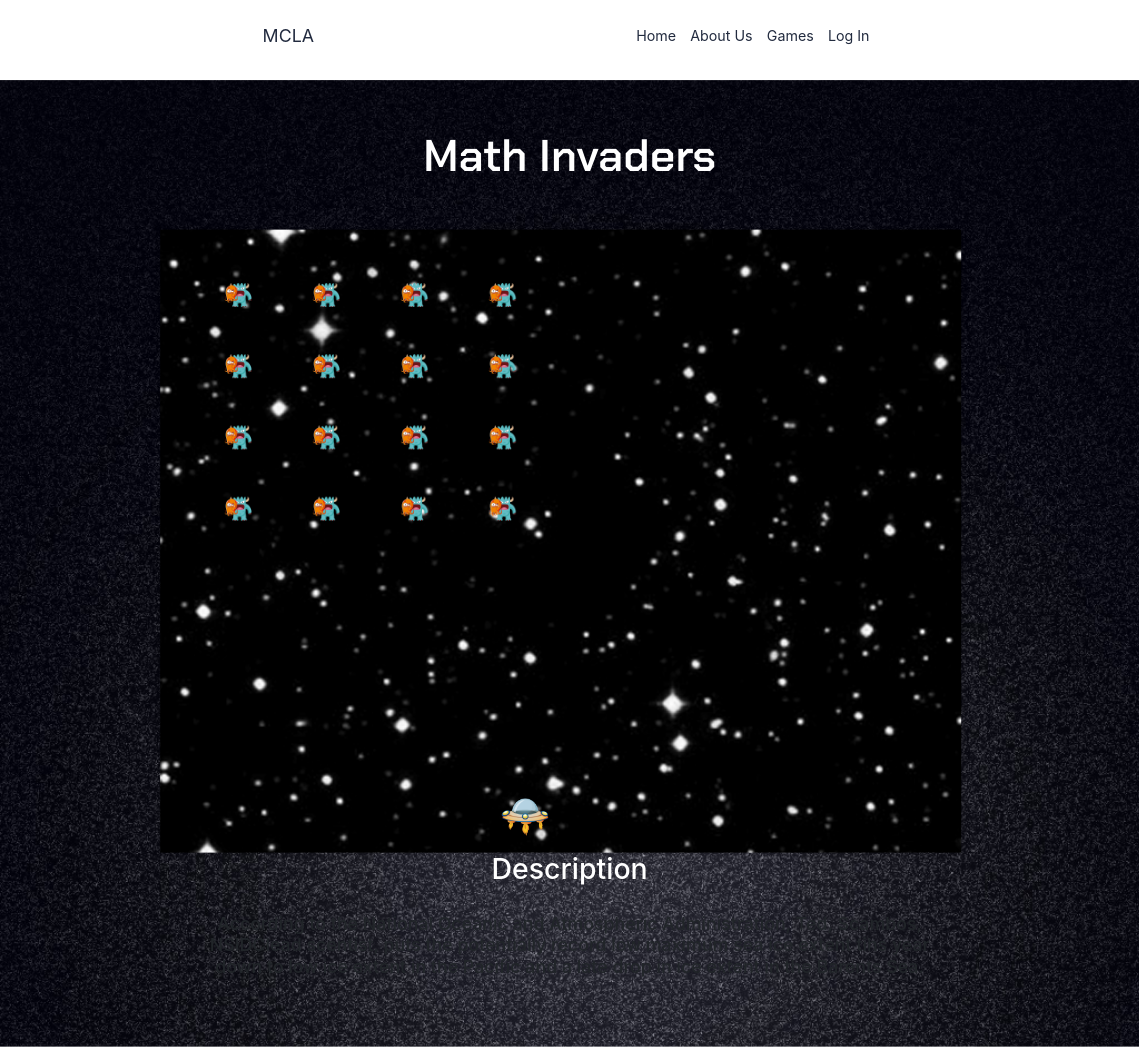
Repository: kkyler24/MathInvader
Page: index.html
An editor plug-in stored every save of this project. The page is shown before and after the next save, followed by the edit.
The browser window is 1280 px wide. The pictures show the whole page, at 89% of full size.
Some web libraries are served in a nearby version.

Above is the page before, as saved 2020-07-20 18:16:14.

### index.html
<!DOCTYPE html>
<html lang="en">
  <head>
    <!-- Required meta tags -->
    <meta charset="utf-8" />
    <meta
      name="viewport"
      content="width=device-width, initial-scale=1, shrink-to-fit=no"
    />

    <!-- Bootstrap CSS -->
    <link
      rel="stylesheet"
      href="https://maxcdn.bootstrapcdn.com/bootstrap/4.0.0/css/bootstrap.min.css"
      integrity="sha384-Gn5384xqQ1aoWXA+058RXPxPg6fy4IWvTNh0E263XmFcJlSAwiGgFAW/dAiS6JXm"
      crossorigin="anonymous"
    />

    <link
      href="https://fonts.googleapis.com/css2?family=Chakra+Petch:wght@600&display=swap"
      rel="stylesheet"
    />
    <link href="./jsFolder/index.css" rel="stylesheet" />

    <title>Math Invaders</title>
  </head>
  <!-- Navbar -->
  <body class="burger-menu">
    <div id="mainBody">
      <nav
        id="marginb"
        class="navbar navbar-expand-lg fixed-top navbar-transparent"
      >
        <div class="container">
          <a class="navbar-brand" href="#">MCLA</a>
          <div class="separator separator-primary"></div>
          <button
            class="navbar-toggler"
            type="button"
            data-toggle="collapse"
            data-target="#navbarNav"
            aria-controls="navbarNav"
            aria-expanded="false"
            aria-label="Toggle navigation"
          >
            <span class="navbar-toggler-icon"></span>
          </button>
          <div class="collapse navbar-collapse" id="navbarNav">
            <ul class="navbar-nav">
              <li class="nav-item active">
                <a class="nav-link" href="#"
                  >Home <span class="sr-only">(current)</span></a
                >
              </li>
              <li class="nav-item">
                <a class="nav-link" href="#">About Us</a>
              </li>
              <li class="nav-item">
                <a class="nav-link" href="#">Games</a>
              </li>
              <li class="nav-item">
                <a class="nav-link" href="#">Log In</a>
              </li>
            </ul>
          </div>
        </div>
      </nav>
      <div id="wrapper">


      </div>
      <div id="backgroundSection" class="section section-about-us">
        <div class="content-center">
            <div class="containerM">
              <h1 id="titleG" class="title">Math Invaders</h1>
            </div>
          </div>
        <div class="containerM">
          <div class="section-story-overview">

            <div class="separator separator-primary"></div>
            <div class="game-wrapper">
<div id="Game" class="Game"> </div>
<div class="congratulations">
    <h1>Congratulations!</h1>
    <h2>You won the game</h2>
    <button class="btn" onclick="window.location.reload()">Restart</button>
              </div>
              <div class="game-over">
                <h1>GAME OVER</h1>
                <h2>You lost the game</h2>
                <button class="btn" onclick="window.location.reload()">Restart</button>
          </div>
                    </div>
                    <div class="separator separator-primary"></div>
                    <div class="row">
                        <div class="col-md-8 ml-auto mr-auto text-center">
                            <h2 class="title gameT">Description</h2>
                            <h5 class="description">According to the National Oceanic and Atmospheric Administration, Ted, Scambos, NSIDClead scentist, puts the potentially record low maximum sea ice extent tihs year down to low ice extent in the Pacific and a late drop in ice extent in the Barents Sea.</h5>
                        </div>
                    </div>
                </div>
            </div>
        </div>
    </div>
    </div>
</div>
    <!-- Optional JavaScript -->
    <!-- jQuery first, then Popper.js, then Bootstrap JS -->
    <script
      src="https://code.jquery.com/jquery-3.2.1.slim.min.js"
      integrity="sha384-KJ3o2DKtIkvYIK3UENzmM7KCkRr/rE9/Qpg6aAZGJwFDMVNA/GpGFF93hXpG5KkN"
      crossorigin="anonymous"
    ></script>
    <script
      src="https://cdnjs.cloudflare.com/ajax/libs/popper.js/1.12.9/umd/popper.min.js"
      integrity="sha384-ApNbgh9B+Y1QKtv3Rn7W3mgPxhU9K/ScQsAP7hUibX39j7fakFPskvXusvfa0b4Q"
      crossorigin="anonymous"
    ></script>
    <script
      src="https://maxcdn.bootstrapcdn.com/bootstrap/4.0.0/js/bootstrap.min.js"
      integrity="sha384-JZR6Spejh4U02d8jOt6vLEHfe/JQGiRRSQQxSfFWpi1MquVdAyjUar5+76PVCmYl"
      crossorigin="anonymous"
    ></script>


    <script src="./jsFolder/Aliens.js"></script>
    <script src="./jsFolder/tokens.js"></script>
    <script src="./jsFolder/game.js"></script>
  </body>
</html>

### jsFolder/index.css
html,
body {
  height: 100%;
  margin: 0;
  font-size: 16px;
  columns: #222b3f;
}
/*  navbar*/

.navbar.navbar-transparent {
  background-color: transparent !important;
  box-shadow: none;
  color: #fff;
  padding-top: 20px !important;
}

.fixed-top {
  position: fixed;
  top: 0;
  right: 0;
  left: 0;
  z-index: 1030;
}
#navbarNav {
  justify-content: flex-end;
}

#marginb {
  margin-bottom: 20px !important;
}
.navbar {
  position: relative;
  display: flex;
  flex-wrap: wrap;
  align-items: center;
  justify-content: space-between;
  padding: 0.5rem 1rem;
  padding-top: 0.625rem;
  padding-bottom: 0.625rem;
  min-height: 53px;
}

a {
  color: #222b3f;
  text-decoration: none;
  background-color: transparent;
}

.containerM {
  width: 100%;
  padding-right: 15px;
  padding-left: 15px;
  margin-right: auto;
  margin-left: auto;
}

.button-dropdown {
  padding-right: 0.7rem;
  cursor: pointer;
}

.navbar.navbar-transparent {
  background-color: transparent !important;
  color: #fff;
}

.dropdown {
  position: relative;
}

.navbar > .container {
  display: flex;
  flex-wrap: wrap;
  align-items: center;
  justify-content: space-between;
}

.gameT {
  color: #fff;
}
#titleG {
  font-family: "Chakra Petch", sans-serif;
  font-size: 50px;
  font-weight: 700;
  padding-top: 30px;
}
/*  container */

.page-header.page-header-small {
  min-height: 60vh;
  max-height: 440px;
}

.page-header {
  padding: 0;
  color: #fff;
  position: relative;
  overflow: hidden;
}

.page-header .page-header-image {
  position: absolute;
  background-size: cover;
  background-position: 50%;
  width: 100%;
  height: 100%;
  z-index: -1;
}

.navbar-toggler:not(:disabled):not(.disabled) {
  cursor: pointer;
}

.content-center {
  position: relative;
  top: 50%;
  left: 50%;
  z-index: 2;
  transform: translate(-50%, -50%);
  text-align: center;
  color: #fff;
  padding: 0 15px;
  width: 100%;
  max-width: 880px;
}

.text-center {
  text-align: center !important;
}

.page-header .container {
  height: 100%;
  z-index: 1;
  text-align: center;
  position: relative;
}

.section {
  padding: 70px 0;
  position: relative;
  background: #fff;
}

.row {
  display: flex;
  flex-wrap: wrap;
  margin-right: -15px;
  margin-left: -15px;
}

.ml-auto,
.mx-auto {
  margin-left: auto !important;
}
.mr-auto,
.mx-auto {
  margin-right: auto !important;
}

.col-md-8 {
  position: relative;
  width: 100%;
  padding-right: 15px;
  padding-left: 15px;
}
h2 {
  margin-bottom: 30px;
  line-height: 1.2;
}

#backgroundSection {
  background-image: url("./pictures/MathApics/spaceship/blackmatte.jpg");
  background-repeat: no-repeat;
  background-size: cover;
  width: 100%;
  height: auto;
}

/* Game */

#Game {
  width: 900px;
  height: 700px;
  background: url("/jsFolder/pictures/MathApics/spaceship/blackskybackground.jpg");
  animation: scroll-background 5s linear infinite;
  box-shadow: 0 2px 10px rgba(0, 0, 0, 0.2);
  position: relative;
}

.wrap {
  display: flex;
  flex-direction: column;
  height: 100%;
}

.game-wrapper {
  flex: 1;
  display: flex;
  justify-content: center;
  align-items: center;
  /* background: #2; */
}

.Game .enemy {
  position: absolute;
  margin-left: -20px;
  margin-top: -18px;
  width: 40px;
  height: 40px;
}

.Game .token {
  position: absolute;
  margin-left: -20px;
  margin-top: -18px;
  width: 40px;
}

.player {
  position: absolute;
  margin-left: -20px;
  width: 60px;
  height: 60px;
  z-index: 3;
}

.Game {
  position: absolute;
  margin-left: -20px;
  width: 40px;
  height: 40px;
}

.Game .laser {
  position: absolute;
  margin-left: -2.5px;
  height: 30px;
}

.Game .enemy-laser {
  position: absolute;
  margin-left: -2.5px;
  height: 30px;
}

.congratulations {
  display: none;
  position: absolute;
  background: #c7a526;
  color: white;
  padding: 20px 50px;
  box-shadow: 0 2px 10px rgba(0, 0, 0, 0.2);
  border-radius: 10px;
  text-align: center;
  animation: pop-in 1s;
}

.game-over {
  display: none;
  position: absolute;
  background: #6b1818;
  color: white;
  padding: 20px 50px;
  box-shadow: 0 2px 10px rgba(0, 0, 0, 0.2);
  border-radius: 10px;
  text-align: center;
  animation: pop-in 1s;
}

@keyframes scroll-background {
  from {
    background-position-y: 0px;
  }
  to {
    background-position-y: 300px;
  }
}

@keyframes pop-in {
  0% {
    opacity: 0;
    transform: translate(0, -100px);
  }
  10% {
    opacity: 1;
  }
  50% {
    transform: translate(0, 30px);
  }
  100% {
    transform: translate(0, 0);
  }
}

/* media Queries */

@media (min-width: 768px) {
  .col-md-8 {
    flex: 0 0 66.666667%;
    max-width: 66.666667%;
  }
}
@media (min-width: 768px) {
  .container {
    max-width: 720px;
  }
}

@media (min-width: 992px) {
  .navbar-expand-lg .navbar-toggler {
    display: none;
  }
}

@media (max-width: 991.98px) {
  .navbar-expand-lg > .container {
    padding-right: 0;
    padding-left: 0;
  }
}

@media (min-width: 768px) {
  .container {
    max-width: 720px;
  }
}

@media screen and (max-width: 991px) {
  .button-dropdown {
    display: none;
  }
}

@media (min-width: 992px) {
  .navbar-expand-lg .navbar-toggler {
    display: none;
  }
}

@media screen and (max-width: 991px) {
  .sidebar-collapse .wrapper {
    transition: all 0.5s cubic-bezier(0.685, 0.0473, 0.346, 1);
  }
}

### jsFolder/game.js
const GAME_WIDTH = 800;
const GAME_HEIGHT = 700;

const KEY_CODE_LEFT = 37;
const KEY_CODE_RIGHT = 39;
const KEY_CODE_SPACE = 32;
const POINT_VALUE = 0;
// needed to calculate clamp so player an enemies so no move off screen.
const PLAYER_WIDTH = 5;
// ship movement speed
const PLAYER_MAX_SPEED = 500.0;
const LASER_MAX_SPEED = 300.0;
const LASER_COOLDOWN = 0.5;

const TOKENS_PER_ROW = 10;
const ENEMIES_PER_ROW = 4;
const ENEMY_HORIZONTAL_PADDING = 80;
const ENEMY_VERTICAL_PADDING = 70;
const ENEMY_VERTICAL_SPACING = 80;
const ENEMY_COOLDOWN = 5.0;
// contains entire state of game which included position of player, lasers and enemies on screen.
const tokensArray = [
  {
    url: "/jsFolder/pictures/MathApics/invaders_png/one.png",
    point: 1,
  },
  {
    url: "/jsFolder/pictures/MathApics/invaders_png/two.png",
    point: 2,
  },
  {
    url: "/jsFolder/pictures/MathApics/invaders_png/three.png",
    point: 3,
  },
  {
    url: "/jsFolder/pictures/MathApics/invaders_png/four.png",
    point: 4,
  },
  {
    url: "/jsFolder/pictures/MathApics/invaders_png/five.png",
    point: 5,
  },
  {
    url: "/jsFolder/pictures/MathApics/invaders_png/six.png",
    point: 6,
  },
  {
    url: "/jsFolder/pictures/MathApics/invaders_png/seven.png",
    point: 7,
  },
  {
    url: "/jsFolder/pictures/MathApics/invaders_png/eight.png",
    point: 8,
  },
  {
    url: "/jsFolder/pictures/MathApics/invaders_png/nine.png",
    point: 9,
  },
];

const GAME_STATE = {
  lastTime: Date.now(),
  // setting the keys pressed to false
  leftPressed: false,
  rightPressed: false,
  spacePressed: false,
  // players
  playerX: 0,
  playerY: 0,
  playerCooldown: 0,
  lasers: [],
  enemies: [],
  tokens: [],
  pointvalue: [],
  enemyLasers: [],
  gameOver: false,
};

function rectsIntersect(r1, r2) {
  return !(
    r2.left > r1.right ||
    r2.right < r1.left ||
    r2.top > r1.bottom ||
    r2.bottom < r1.top
  );
}

// positioning for our enemies
function setPosition($el, x, y) {
  $el.style.transform = `translate(${x}px, ${y}px)`;
}

// calculates restraints of objects on Canvas, so they do not move beyond canvas
function clamp(v, min, max) {
  // is input value smaller than minumum, yes? return min
  if (v < min) {
    return min;
    // is input value larger than maximum, yes? return max
  } else if (v > max) {
    return max;
    // else give average
  } else {
    return v;
  }
}

function rand(min, max) {
  if (min === undefined) min = 0;
  if (max === undefined) max = 1;
  return min + Math.random() * (max - min);
}

function createPlayer($container) {
  // position of player in middle of screen you can reference the global var of gamewidth like you did below, for future refrence. this will keep the palyer on the game board.
  GAME_STATE.playerX = GAME_WIDTH / 2;
  GAME_STATE.playerY = GAME_HEIGHT - 70;
  const $player = document.createElement("img");
  $player.src = "/jsFolder/pictures/MathApics/spaceship/spaceship3.png";
  $player.style = "height:90px, width: 90px";
  $player.className = "player";
  $container.appendChild($player);
  setPosition($player, GAME_STATE.playerX, GAME_STATE.playerY);
}

// you lose, when player is hit but laser.
function destroyPlayer($container, player) {
  $container.removeChild(player);
  GAME_STATE.gameOver = true;
  // const audio = new Audio("sound/sfx-lose.ogg");
  audio.play();
}

function updatePlayer(dt, $container) {
  if (GAME_STATE.leftPressed) {
    GAME_STATE.playerX -= dt * PLAYER_MAX_SPEED;
  }
  if (GAME_STATE.rightPressed) {
    GAME_STATE.playerX += dt * PLAYER_MAX_SPEED;
  }

  GAME_STATE.playerX = clamp(
    GAME_STATE.playerX,
    PLAYER_WIDTH,
    GAME_WIDTH - PLAYER_WIDTH
  );

  if (GAME_STATE.spacePressed && GAME_STATE.playerCooldown <= 0) {
    createLaser($container, GAME_STATE.playerX, GAME_STATE.playerY);
    GAME_STATE.playerCooldown = LASER_COOLDOWN;
  }
  if (GAME_STATE.playerCooldown > 0) {
    GAME_STATE.playerCooldown -= dt;
  }

  const player = document.querySelector(".player");
  setPosition(player, GAME_STATE.playerX, GAME_STATE.playerY);
}

// laser container
function createLaser($container, x, y) {
  const $element = document.createElement("img");
  $element.src = "/jsFolder/pictures/img/laser-blue-1.png";
  $element.className = "laser";
  $container.appendChild($element);
  const laser = { x, y, $element };
  GAME_STATE.lasers.push(laser);
  // const audio = new Audio("./pictures/sound/sfx-laser1.ogg");
  // audio.play();
  setPosition($element, x, y);
}

function updateLasers(dt, $container) {
  const lasers = GAME_STATE.lasers;
  for (let i = 0; i < lasers.length; i++) {
    const laser = lasers[i];
    laser.y -= dt * LASER_MAX_SPEED;
    if (laser.y < 0) {
      destroyLaser($container, laser);
    }
    setPosition(laser.$element, laser.x, laser.y);
    const r1 = laser.$element.getBoundingClientRect();
    const enemies = GAME_STATE.enemies;
    for (let j = 0; j < enemies.length; j++) {
      const enemy = enemies[j];
      if (enemy.isDead) continue;
      const r2 = enemy.$element.getBoundingClientRect();
      if (rectsIntersect(r1, r2)) {
        // Enemy was hit
        destroyEnemy($container, enemy);
        destroyLaser($container, laser);
        break;
      }
    }
  }
  GAME_STATE.lasers = GAME_STATE.lasers.filter((e) => !e.isDead);
}

function destroyLaser($container, laser) {
  $container.removeChild(laser.$element);
  laser.isDead = true;
}

// // CREATE ENEMY
function createEnemy($container, x, y) {
  const $element1 = document.createElement("img");
  const $element2 = document.createElement("img");
  $element1.src =
    "/jsFolder/pictures/MathApics/invaders_png/angerangryalien1.png";
  $element2.src = "/jsFolder/pictures/MathApics/invaders_png/orange.png";
  $element1.className = "enemy";
  $element2.className = "enemy";
  $container.appendChild($element1);
  $container.appendChild($element2);
  const enemy = {
    x,
    y,
    cooldown: rand(0.5, ENEMY_COOLDOWN),
    $element1,
    $element2,
  };
  GAME_STATE.enemies.push(enemy);
  setPosition($element1, x + 10, y);
  setPosition($element2, x, y);
}

function updateEnemies(dt, $container) {
  const dx = Math.sin(GAME_STATE.lastTime / 1000.0) * 50;
  const dy = Math.cos(GAME_STATE.lastTime / 1000.0) * 10;

  const enemies = GAME_STATE.enemies;
  for (let i = 0; i < enemies.length; i++) {
    const enemy = enemies[i];
    const x = enemy.x + dx;
    const y = enemy.y + dy;
    setPosition(enemy.$element, x, y);
    enemy.cooldown -= dt;
    if (enemy.cooldown <= 0) {
      createEnemyLaser($container, x, y);
      enemy.cooldown = ENEMY_COOLDOWN;
    }
  }
  GAME_STATE.enemies = GAME_STATE.enemies.filter((e) => !e.isDead);
}

// tokens
// function createTokens($container, x, y) {
//   const $element = document.createElement("img");
//   const index = Math.random() * tokensArray.lenghth;
//   $element.src = tokensArray[index].url;
//   $element.className = "token";
//   $element.setAttribute("data-point", tokensArray[index].point);
//   $container.appendChild($element);
//   const tokens = { x, y, $element };
//   GAME_STATE.tokens.push(tokens);
//   // const audio = new Audio("./pictures/sound/sfx-laser1.ogg");
//   // audio.play();
//   setPosition($element, x, y);
// }

// function updateTokens(dt, $container) {
//   const tokens = GAME_STATE.tokens;
//   for (let i = 0; i < tokensArray.length; i++) {
//     const tokens = tokens[i];
//     tokens.y -= dt * LASER_MAX_SPEED;
//     if (tokens.y < 0) {
//       destroyLaser($container, tokens);
//     }
//     setPosition(tokens.$element, tokens.x, tokens.y);
//     const r1 = tokens.$element.getBoundingClientRect();
//     const enemies = GAME_STATE.enemies;
//     for (let j = 0; j < enemies.length; j++) {
//       const enemy = enemies[j];
//       if (enemy.isDead) continue;
//       const r2 = enemy.$element.getBoundingClientRect();
//       if (rectsIntersect(r1, r2)) {
//         // Enemy was hit
//         destroyToken($container, tokens);
//         // get attribute point form container nd push into array.
//       }
//     }
//   }
//   GAME_STATE.tokens = GAME_STATE.tokens.filter((e) => !e.isDead);
// }

function init() {
  const $container = document.querySelector(".Game");
  createPlayer($container);

  const enemySpacing =
    (GAME_WIDTH - ENEMY_HORIZONTAL_PADDING * 5) / ENEMIES_PER_ROW - 1;
  for (let j = 0; j < 4; j++) {
    const y = ENEMY_VERTICAL_PADDING + j * ENEMY_VERTICAL_SPACING;
    for (let i = 0; i < ENEMIES_PER_ROW; i++) {
      const x = i * enemySpacing + ENEMY_HORIZONTAL_PADDING;
      createEnemy($container, x, y);
      console.log(x, y);
    }
  }
}

function update(e) {
  const currentTime = Date.now();
  const dt = (currentTime - GAME_STATE.lastTime) / 1000.0;

  // display gameover block
  if (GAME_STATE.gameOver) {
    document.querySelector(".game-over").style.display = "block";
    return;
  }

  // display winning
  function playerHasWon() {
    return GAME_STATE.enemies.length === 0;
  }

  const $container = document.querySelector(".Game");
  updatePlayer(dt, $container);
  updateLasers(dt, $container);

  GAME_STATE.lastTime = currentTime;
  window.requestAnimationFrame(update);
}

function onKeyDown(e) {
  if (e.keyCode === KEY_CODE_LEFT) {
    GAME_STATE.leftPressed = true;
  } else if (e.keyCode === KEY_CODE_RIGHT) {
    GAME_STATE.rightPressed = true;
  } else if (e.keyCode === KEY_CODE_SPACE) {
    GAME_STATE.spacePressed = true;
  }
}

function onKeyUp(e) {
  if (e.keyCode === KEY_CODE_LEFT) {
    GAME_STATE.leftPressed = false;
  } else if (e.keyCode === KEY_CODE_RIGHT) {
    GAME_STATE.rightPressed = false;
  } else if (e.keyCode === KEY_CODE_SPACE) {
    GAME_STATE.spacePressed = false;
  }
}

init();
window.addEventListener("keydown", onKeyDown);
window.addEventListener("keyup", onKeyUp);
window.requestAnimationFrame(update);

Loaded but not shown: jsFolder/Aliens.js (empty); jsFolder/tokens.js (empty)

After the next save:
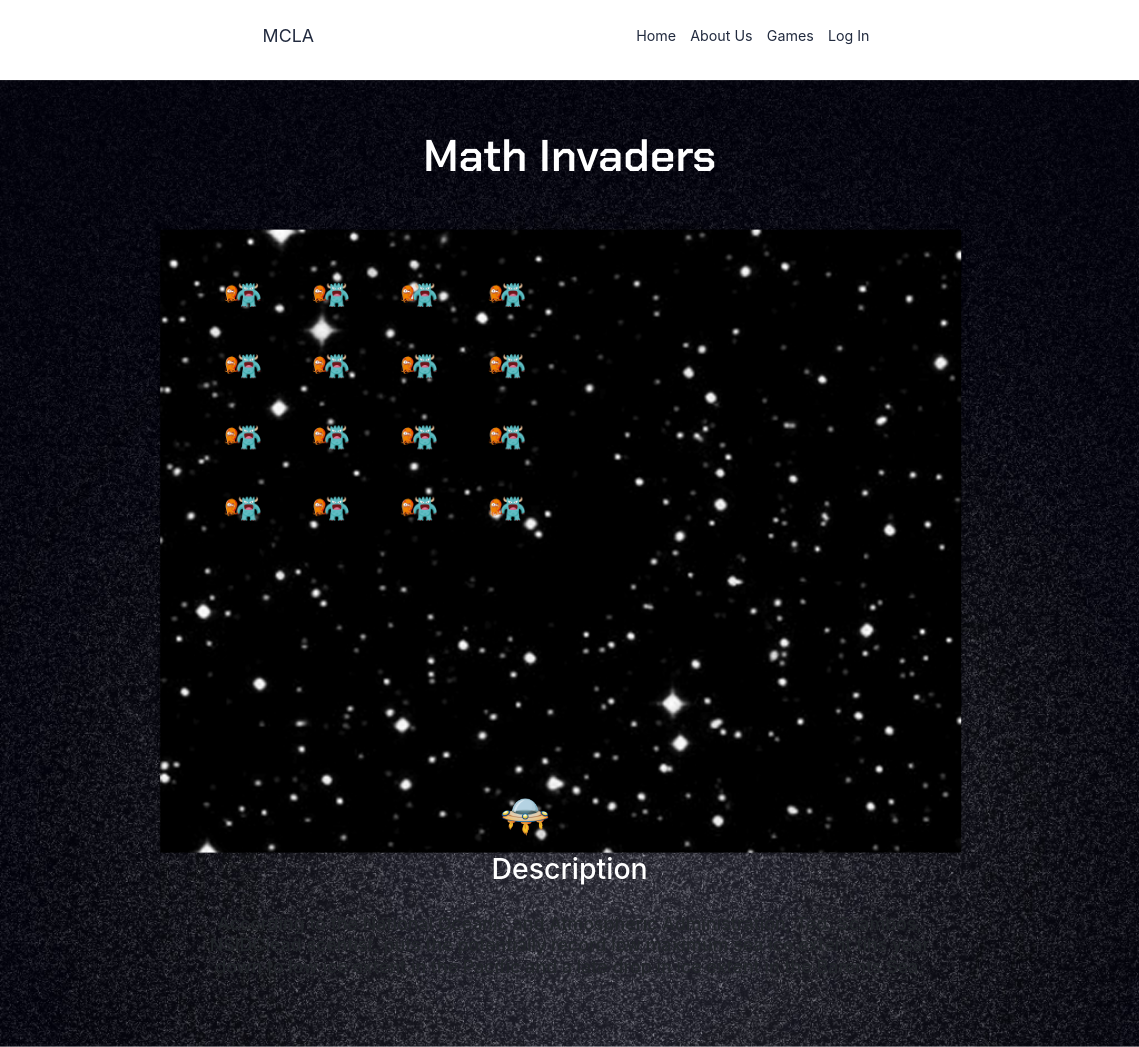
Saved 8 s later.
--- a/jsFolder/game.js
+++ b/jsFolder/game.js
@@ -219,7 +219,7 @@ function createEnemy($container, x, y) {
     $element2,
   };
   GAME_STATE.enemies.push(enemy);
-  setPosition($element1, x + 10, y);
+  setPosition($element1, x + 20, y);
   setPosition($element2, x, y);
 }
 
